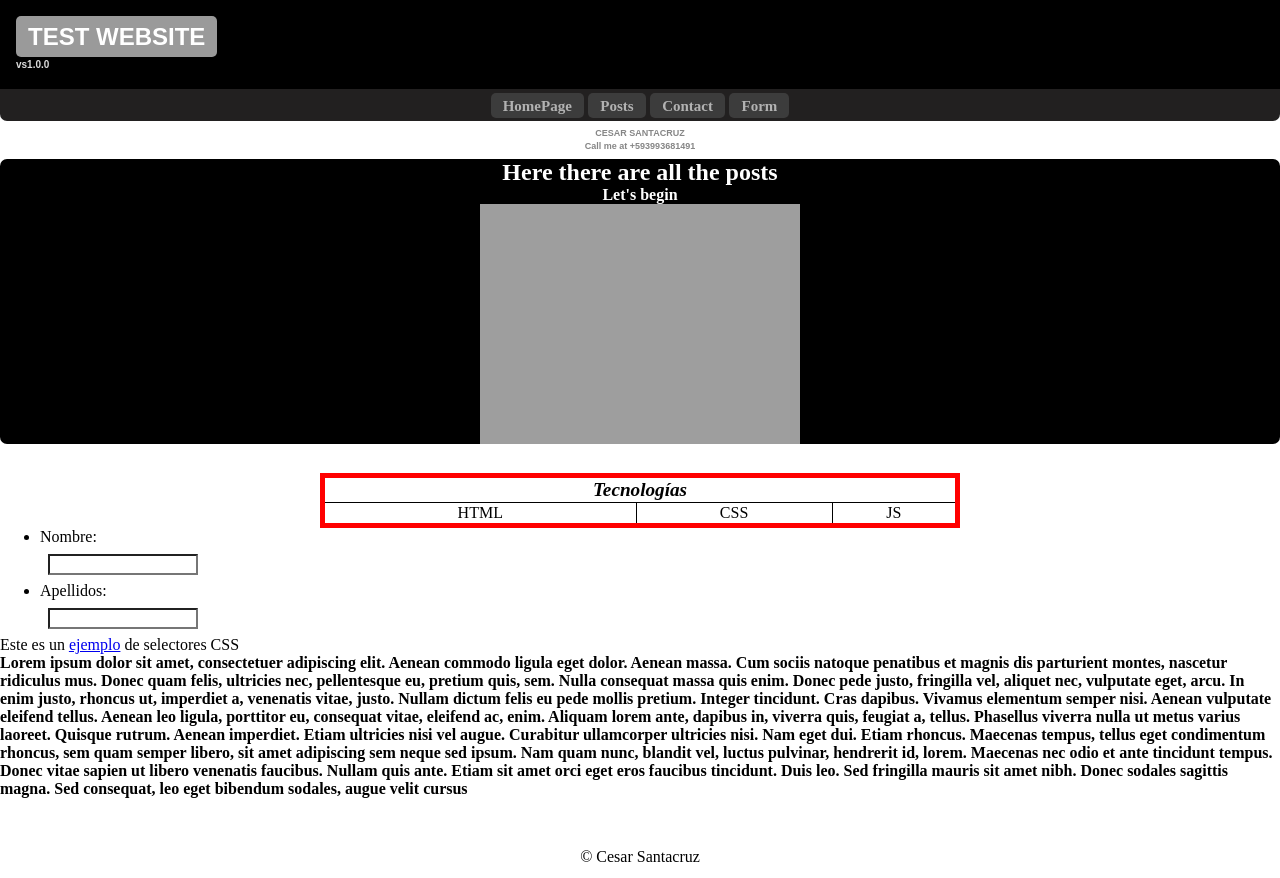
Repository: cesarsant0203/My_Study
Page: Introducción al desarrollo web/My Page 1/2.posts.html
An editor plug-in stored every save of this project. The page is shown before and after a run of saves, followed by the edit.
The browser window is 1280 px wide. The pictures show the whole page.
Pictures or frames that could not be fetched are drawn as grey boxes.

Above is the page before, as saved 2020-04-29 20:32:36.

### Introducción al desarrollo web/My Page 1/2.posts.html
<!DOCTYPE html>
<html lang="es">

<head>
    <meta charset="utf-8" />
    <title> Selectores CSS </title>
    <link href="2.posts.css" rel="stylesheet" />
</head>

<body>
    <header>
        <h1>
            <a id="header" href="1.index.html">TEST WEBSITE</a>
        </h1>
        <h4 id="vs">vs1.0.0</h4>
    </header>
    <section id="navBar" class="box">
        <nav>
            <a class="index" href="1.index.html">HomePage</a>
            <a class="index" href="2.posts.html">Posts</a>
            <a class="index" href="3.contacto.html">Contact</a>
            <a class="index" href="4.formulario.html">Form</a>
        </nav>
    </section>
    <section id="info">
        <p id="callMe">CESAR SANTACRUZ<br />
            Call me at +593993681491</p>
    </section>
    <article id="ar1" class="blackCard">
        <h2>Here there are all the posts</h2>
        <p id="intro">Let's begin</p>
        <img src="https://applauss.com/wp-content/uploads/2016/01/gifs-animados-13.gif" title="gifPacman" class="gif" />
    </article>
    <section>
        <img  />
    </section>
    <section>
        <table id="tec">
            <thead>
                <td colspan="3"><em><strong>Tecnologías</strong></em></td>
            </thead>
            <tbody>
                <tr>
                    <td>HTML</td>
                    <td>CSS</td>
                    <td>JS</td>
                </tr>
            </tbody>
        </table>
    </section>
    <article>
        <form action="...">
            <ul>
                <li>
                    <label id="lname" for="name">Nombre: </label> <br />
                    <input type="text" id="name" />
                </li>
                <li>
                    <label id="lsname" for="sname">Apellidos:</label> <br />
                    <input type="text" id="sname" />
                </li>
            </ul>
        </form>
    </article>
    <span id="mySpan">Este es un <a href="#" class="bold">ejemplo</a> de selectores</span>
    <span class="bold red">CSS</span>
    <p id="p1">Lorem ipsum dolor sit amet, consectetuer adipiscing elit. Aenean commodo ligula
        eget dolor. Aenean massa. Cum sociis natoque penatibus et magnis dis parturient montes, nascetur ridiculus mus.
        Donec quam felis, ultricies nec, pellentesque eu, pretium quis, sem. Nulla consequat massa quis enim. Donec pede
        justo, fringilla vel, aliquet nec, vulputate eget, arcu. In enim justo, rhoncus ut, imperdiet a, venenatis
        vitae,
        justo. Nullam dictum felis eu pede mollis pretium. Integer tincidunt. Cras dapibus. Vivamus elementum semper
        nisi.
        Aenean vulputate eleifend tellus. Aenean leo ligula, porttitor eu, consequat vitae, eleifend ac, enim. Aliquam
        lorem
        ante, dapibus in, viverra quis, feugiat a, tellus. Phasellus viverra nulla ut metus varius laoreet. Quisque
        rutrum.
        Aenean imperdiet. Etiam ultricies nisi vel augue. Curabitur ullamcorper ultricies nisi. Nam eget dui. Etiam
        rhoncus.
        Maecenas tempus, tellus eget condimentum rhoncus, sem quam semper libero, sit amet adipiscing sem neque sed
        ipsum.
        Nam quam nunc, blandit vel, luctus pulvinar, hendrerit id, lorem. Maecenas nec odio et ante tincidunt tempus.
        Donec
        vitae sapien ut libero venenatis faucibus. Nullam quis ante. Etiam sit amet orci eget eros faucibus tincidunt.
        Duis
        leo. Sed fringilla mauris sit amet nibh. Donec sodales sagittis magna. Sed consequat, leo eget bibendum sodales,
        augue velit cursus
    </p>

    <footer>
        &copy Cesar Santacruz
    </footer>

</body>

</html>

### Introducción al desarrollo web/My Page 1/2.posts.css
* {
    margin: 0;
}
header {
    background: black;
    padding: 1em;
    box-sizing: border-box;
    margin: 0em;
}
a#header, h4 {
    background-color: inherit;
    box-sizing: border-box;
    margin-bottom: 1px;
}
a#header {
    font-family: Arial, Helvetica, sans-serif;
    line-height: 1.4;
    color: white;
    font-size: 24px;
    font-weight: bold;
    text-decoration: none;
    padding: 0.3em 0.5em;
    border-radius: 5px;
    background-color: rgba(255, 255, 255, 0.602);
    transition: background-color 1s linear;
    transition: color 1s linear
}
a#header:hover, a#header:focus {
    background-color: #fff;
    color: black;
}
a#header:focus {
    box-shadow: 0 0 0 3px rgba(0,0,0,0.25);
    outline: 0;
}
h4#vs {
    color: gainsboro;
    font-size: x-small;
    font-family: Arial, Helvetica, sans-serif;
    line-height: 1.4;
    margin-top: 4px;
}
section#navBar{
    font-size: large;
    text-align: center;
    background-color: rgb(34, 32, 32);
    padding: 0.33em;
    border-bottom-left-radius: 7px;
    border-bottom-right-radius: 7px;
}
a.index{
    box-sizing: border-box;
    margin-top: auto;
    font-size: 15px;
    font-weight: bold;
    color: rgba(255, 255, 255, 0.609);
    text-decoration: none;
    padding: 0.3em 0.8em;
    border-radius: 5px;
    background-color: rgba(78, 78, 78, 0.602);
    transition: color 1s linear;
}
a.index:hover, a.index:focus {
    color: #fff;
}
a.index:focus, {
    box-shadow: 0 0 0 3px rgba(0,0,0,0.25);
    outline: 0;
}
a.index:link {
    text-decoration: none;
}
a.index:visited {
    text-decoration: none;
}
p#callMe {
    box-sizing: border-box;
    margin-top: 4px;
    margin-bottom: 4px;
    padding: 2px;
    font-family: Arial, Helvetica, sans-serif;
    font-weight: bold;
    text-align: center;
    font-size: xx-small;
    color: rgb(134, 134, 134);
    line-height: 1.4;
}
.blackCard {
    color: white;
    background-color: black;
    text-align: center;
    box-sizing: border-box;
    margin-top: 0.1em;
    margin-bottom: 0.1em;
    border-radius: 7px;

}
.whiteCard {
    color: black;
    background-color: white;
    text-align: center;
    box-sizing: border-box;
    margin-top: 0.1em;
    margin-bottom: 0.1em;
    margin-top: 0.1em;
    border-radius: 7px;
}
/*----------------------------------------------------------------------------------------------------*/


img.gif {
    width: 320px;
    height: 240px;
    display: block;
    margin: auto;
}
table#tec {
    border: red 5px solid;
    border-collapse: collapse;
    width: 50%;
    text-align: center;
    margin-left: auto;
    margin-right: auto;
    margin-top: 10px;
}
thead {
    font-size: larger;
}
td{
    border: black 1px solid;
}
form :focus {
    border: 2px solid rgb(0, 82, 175);
}
p:first-of-type{
    font-weight: bold;
}

input#name, input#sname{
    background-color: white;
        margin: 0.2cm;
        width: 150px;
        box-sizing: border-box;
}
footer {
    position: relative;
    margin-top: 50px;
    text-align: center;
    height: 30px;
}

After the next 2 saves:
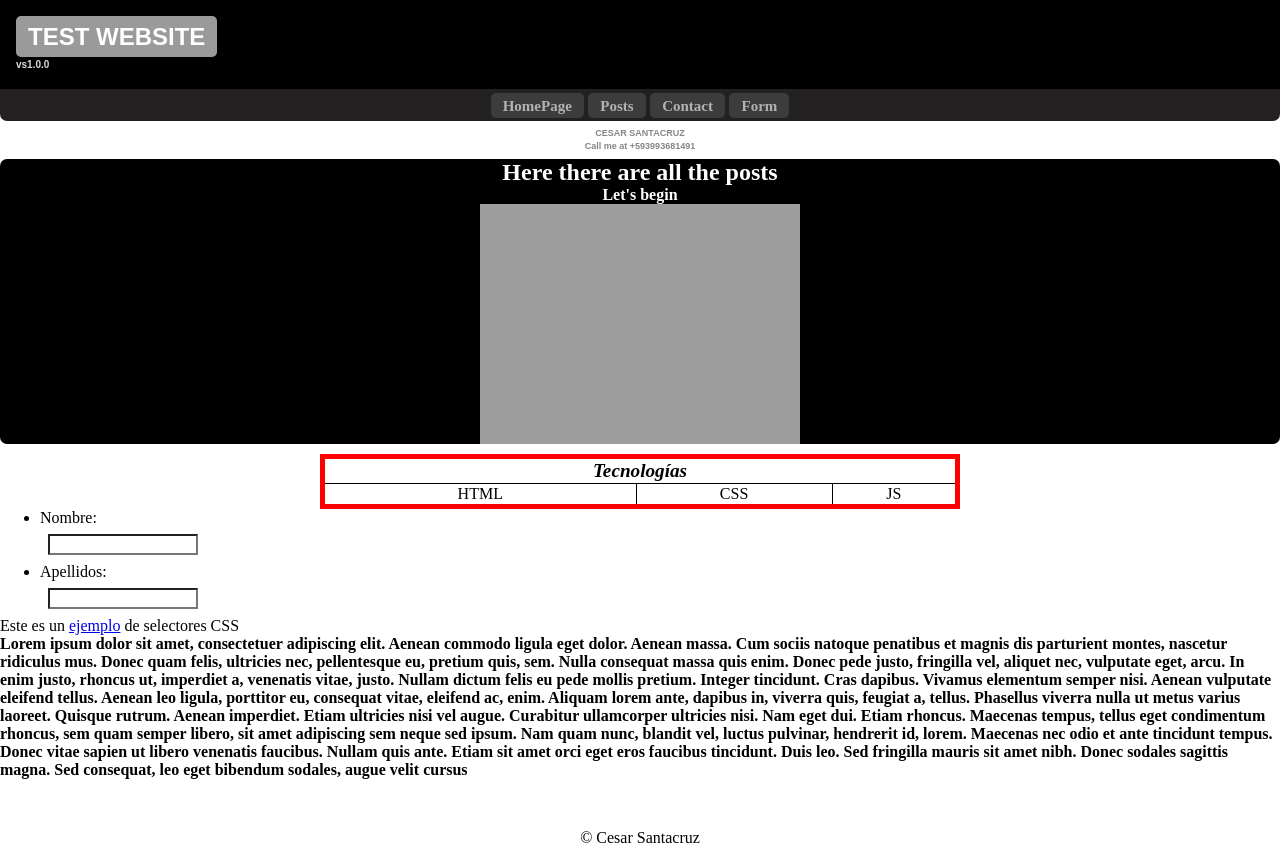
The 2 saves are shown as one change because they came seconds apart.
The last was saved 14 s later.
--- a/Introducción al desarrollo web/My Page 1/2.posts.html
+++ b/Introducción al desarrollo web/My Page 1/2.posts.html
@@ -31,9 +31,6 @@
         <p id="intro">Let's begin</p>
         <img src="https://applauss.com/wp-content/uploads/2016/01/gifs-animados-13.gif" title="gifPacman" class="gif" />
     </article>
-    <section>
-        <img  />
-    </section>
     <section>
         <table id="tec">
             <thead>
